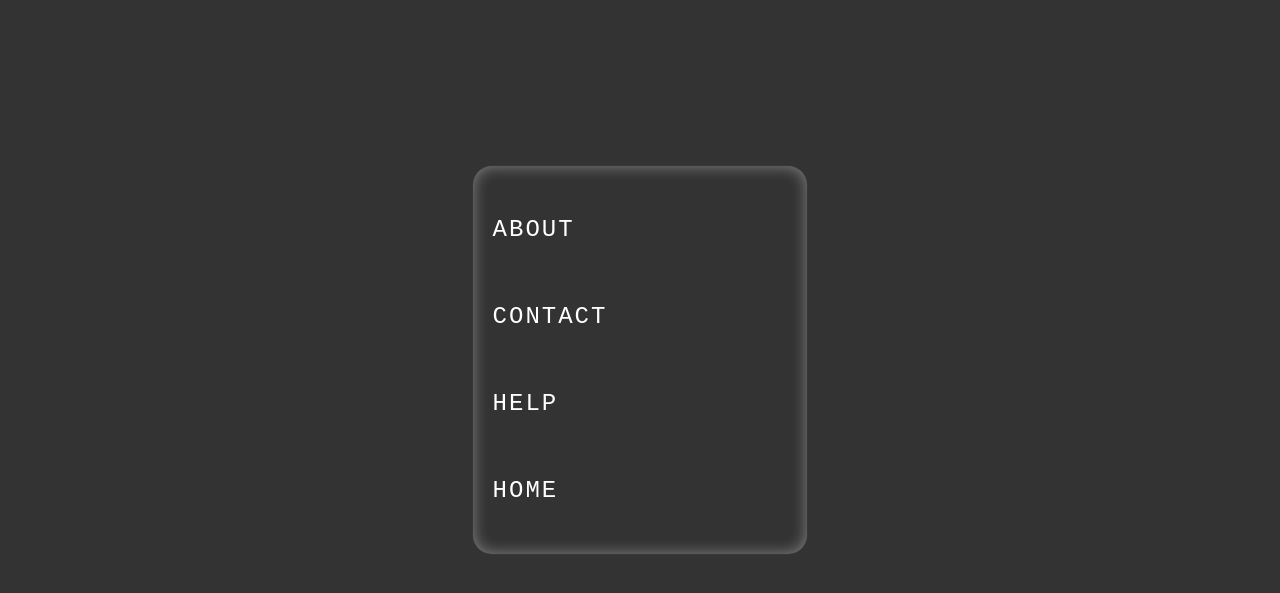
Repository: Rostyk-qq/Projects_Web
Page: menuRanLine/new.html
An editor plug-in stored every save of this project. The page is shown before and after the next save, followed by the edit.
The browser window is 1280 px wide. The pictures show the whole page.

Above is the page before, as saved 2023-09-30 14:40:47.

After the next save:
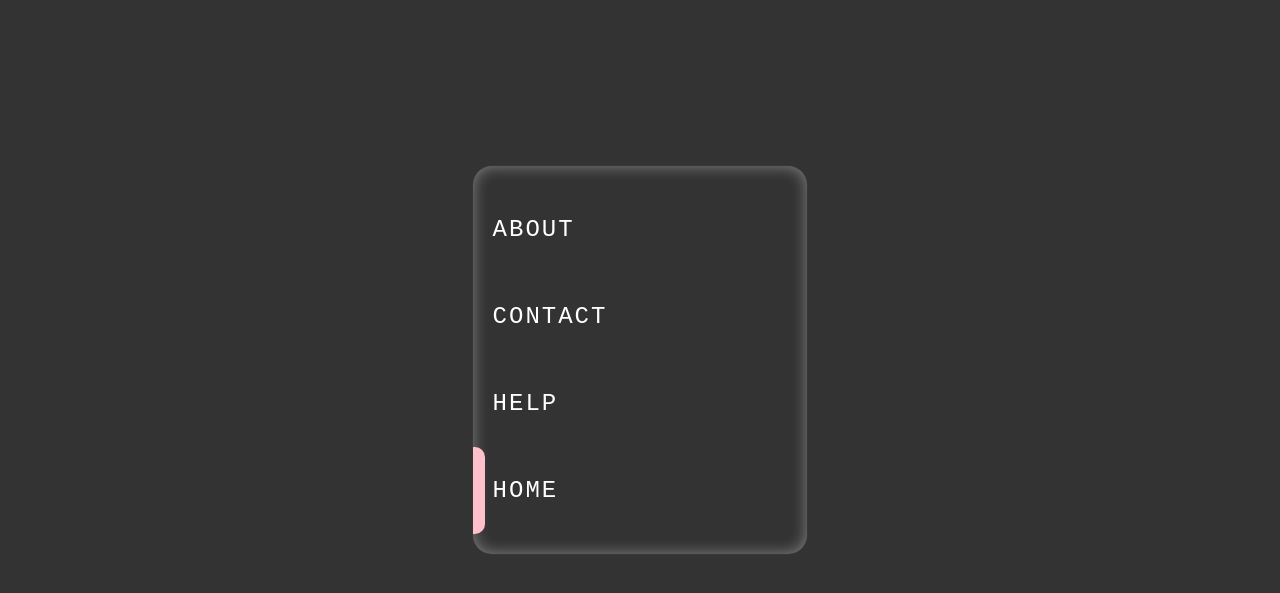
Saved 4 s later.
--- a/menuRanLine/new.html
+++ b/menuRanLine/new.html
@@ -18,7 +18,7 @@
             <li data-color-effect="purple" class="menu__item">
                 <a href="#" class="menu__link">Help</a>
             </li>
-            <li data-color-effect="pink" class="menu__item">
+            <li data-color-effect="pink" class="menu__item _active">
                 <a href="#" class="menu__link">Home</a>
             </li>
 
